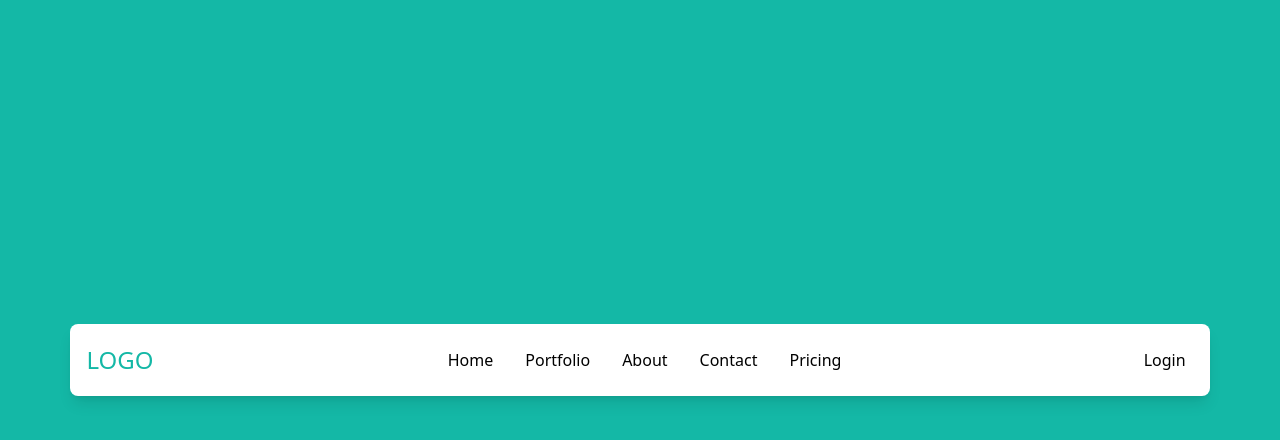
Repository: DevAntonioRogers/react-modal-with-dialog
Page: /
These files come from the project's save history. The page is drawn as it stood at one moment and after the next save; the edit follows.
The browser window is 1280 px wide. The pictures show the whole page.
The project was rebuilt for these pictures with package versions that can differ from the ones it lists, and the page was loaded fresh each time. Also part of the build but not shown: vite.config.ts.

Above is the page before, as saved 2023-05-10 08:47:23.

### src/App.tsx
function App() {
  return (
    <div className="flex items-center justify-center w-screen h-screen bg-teal-500">
      <nav className="flex justify-between items-center p-4 w-[89%] bg-white m-auto rounded-lg shadow-lg">
        <div>
          <h1 className="text-2xl text-teal-500">LOGO</h1>
        </div>

        <ul className="flex items-center gap-8">
          <li>
            <a href="#">Home</a>
          </li>
          <li>
            <a href="#">Portfolio</a>
          </li>
          <li>
            <a href="#">About</a>
          </li>
          <li>
            <a href="#">Contact</a>
          </li>
          <li>
            <a href="#">Pricing</a>
          </li>
        </ul>

        <div>
          <button className="p-2">Login</button>
        </div>
      </nav>
    </div>
  );
}

export default App;

Loaded but not shown: index.html (common file); src/main.tsx (common file); src/index.css (common file); tailwind.config.js (common file)

After the next save:
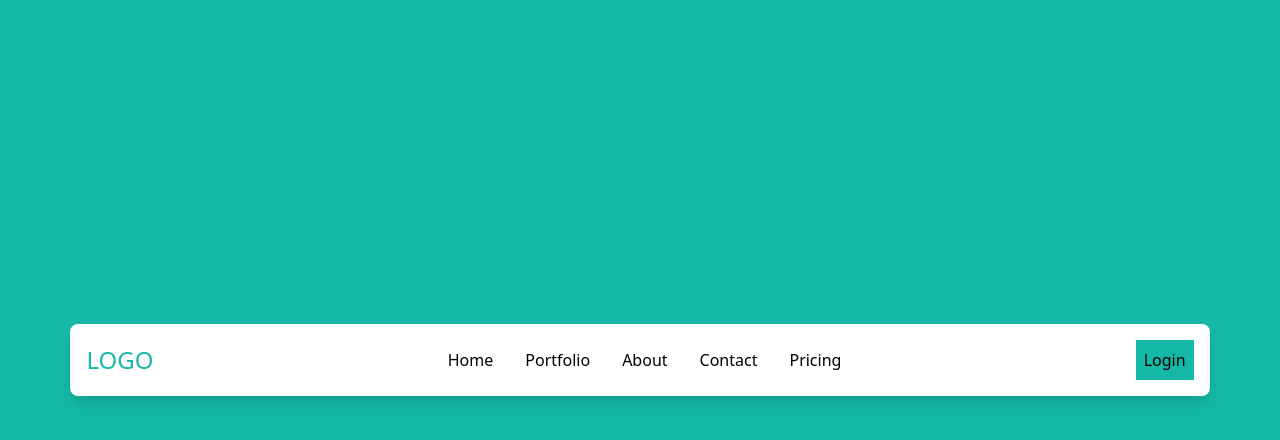
Saved 10 s later.
--- a/src/App.tsx
+++ b/src/App.tsx
@@ -25,7 +25,7 @@ function App() {
         </ul>
 
         <div>
-          <button className="p-2">Login</button>
+          <button className="p-2 bg-teal-500">Login</button>
         </div>
       </nav>
     </div>
